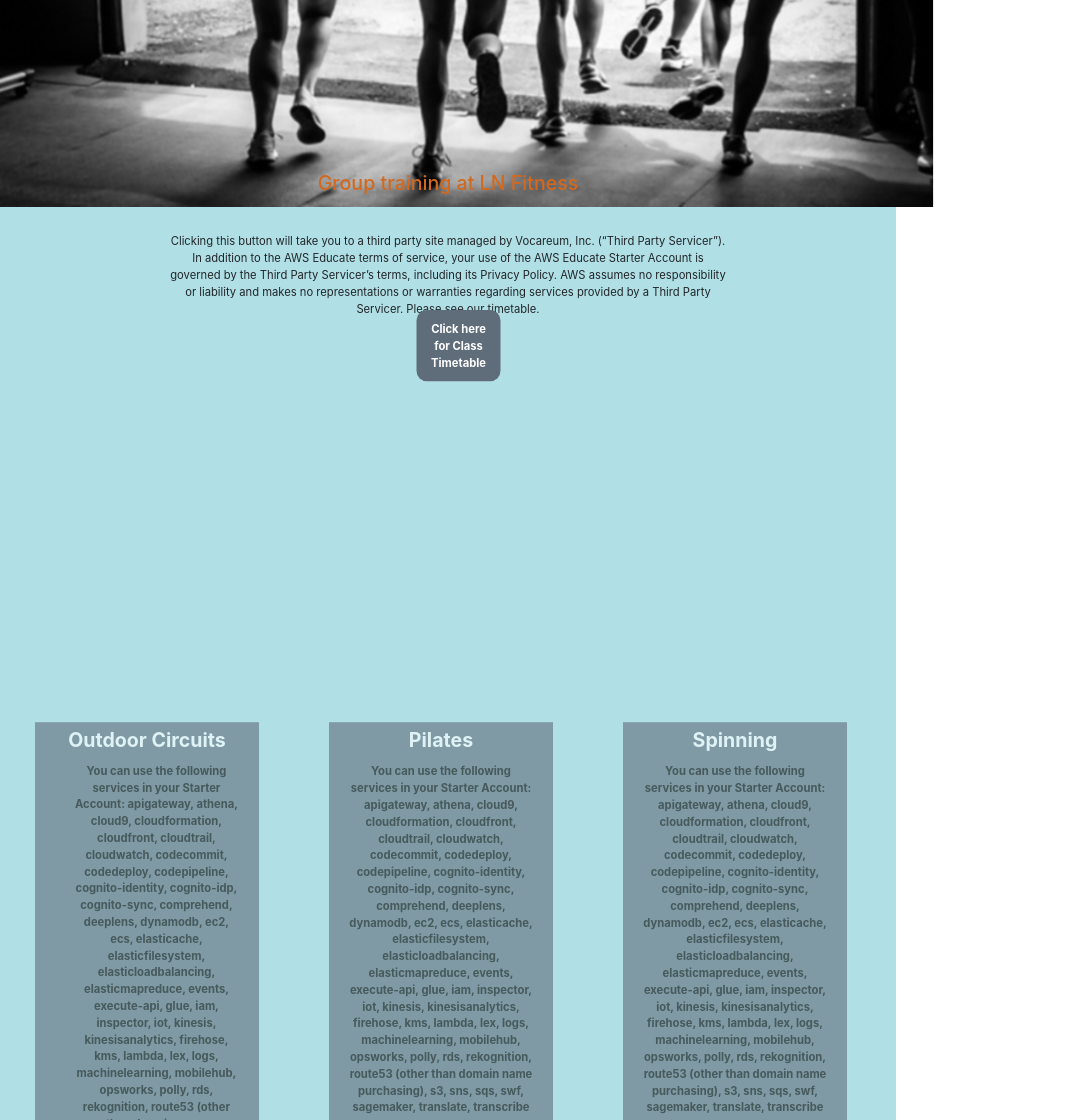
Repository: murphya14/Fitness-webpage
Page: group-training.html
The author's editor kept a record of every edit. The page is drawn from the files as they stood at one moment, then again after the next edit.
The browser window is 1280 px wide. The page is 1521 px wide, so the pictures cover 1521 px, including what lies to the right of the window. The pictures show the part of the page from y = 584 to 2184 px (the page is 2511 px tall before and 2551 px after), at 70% of full size.
Pictures or frames that could not be fetched are drawn as grey boxes.

Above is the page before.

After the next edit:
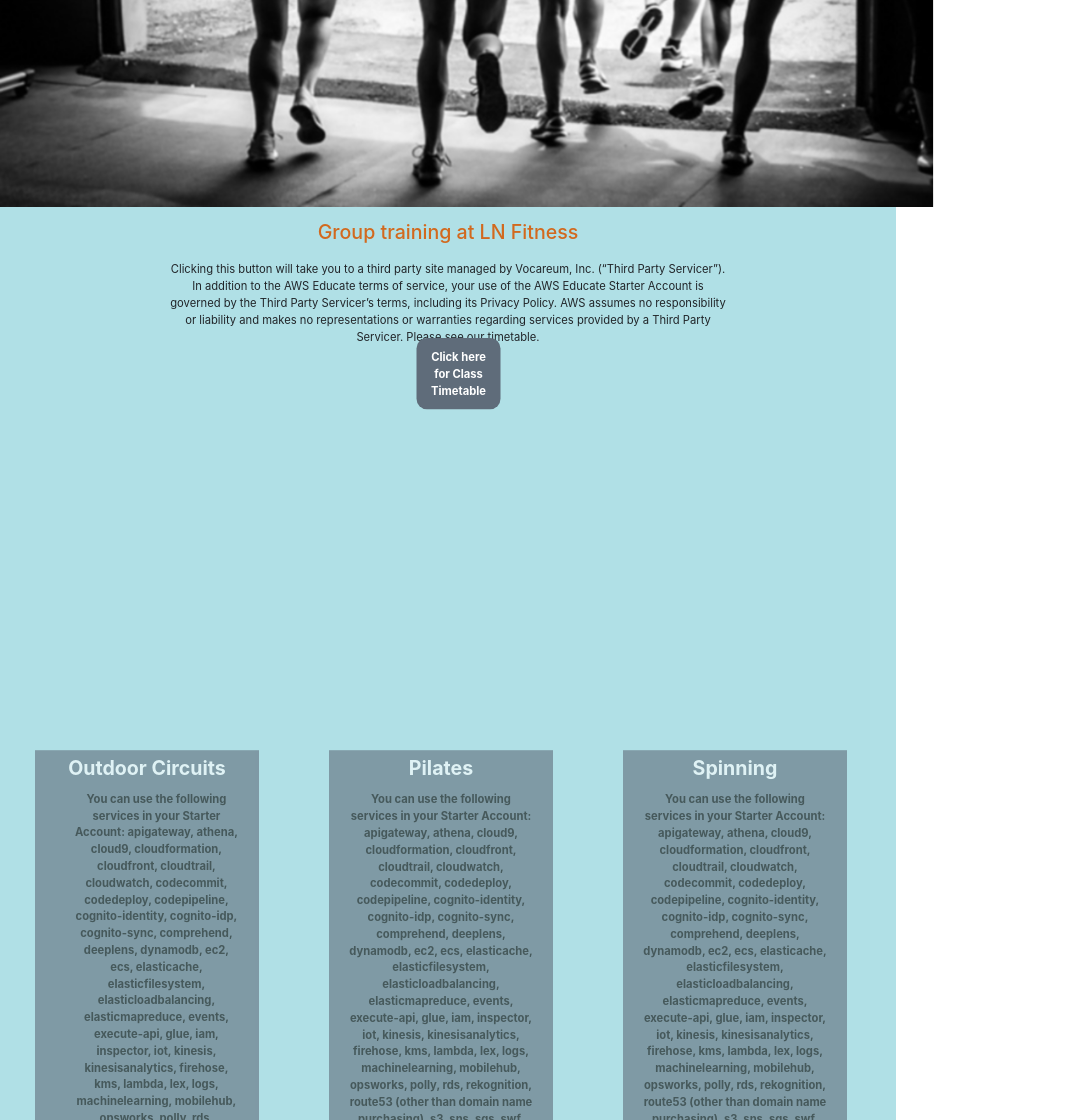
The edit:
--- a/assets/css/style.css
+++ b/assets/css/style.css
@@ -175,7 +175,7 @@
 
 .section-heading {color: #D2691E;
             text-align: center;
-                    padding: 30px;
+            margin-top:100px;
 }
 
 .section-p {padding:12px;
